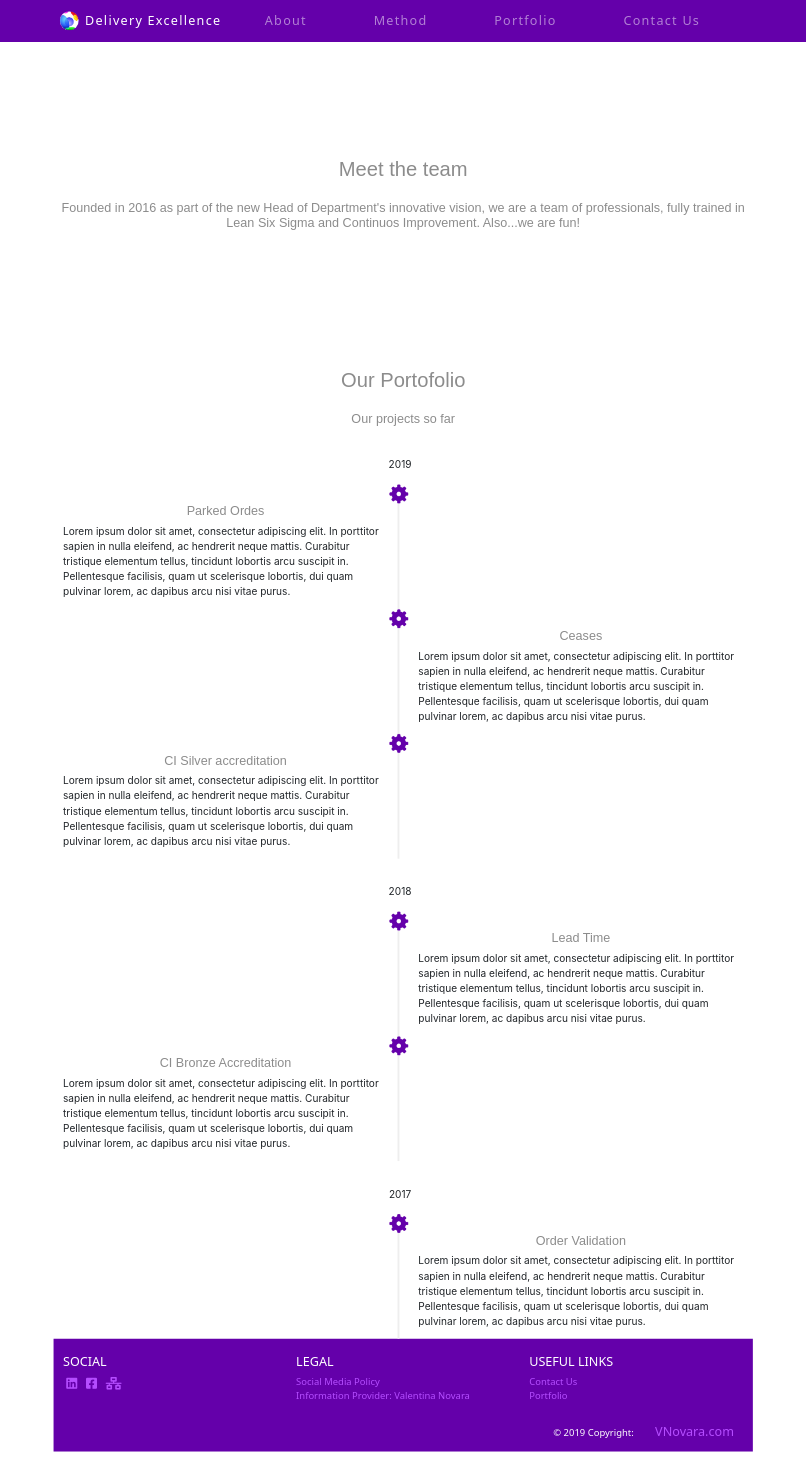
Repository: valenovi76/DeliveryExcellence
Page: portfolio.html
The author's editor kept a record of every edit. The page is drawn from the files as they stood at one moment, then again after the next edit.
The browser window is 1280 px wide. The pictures show the whole page, at 63% of full size.
Some web libraries are served in a nearby version.

Above is the page before.
Console error (its wording comes from the project's code and is left out).

After the next edit:
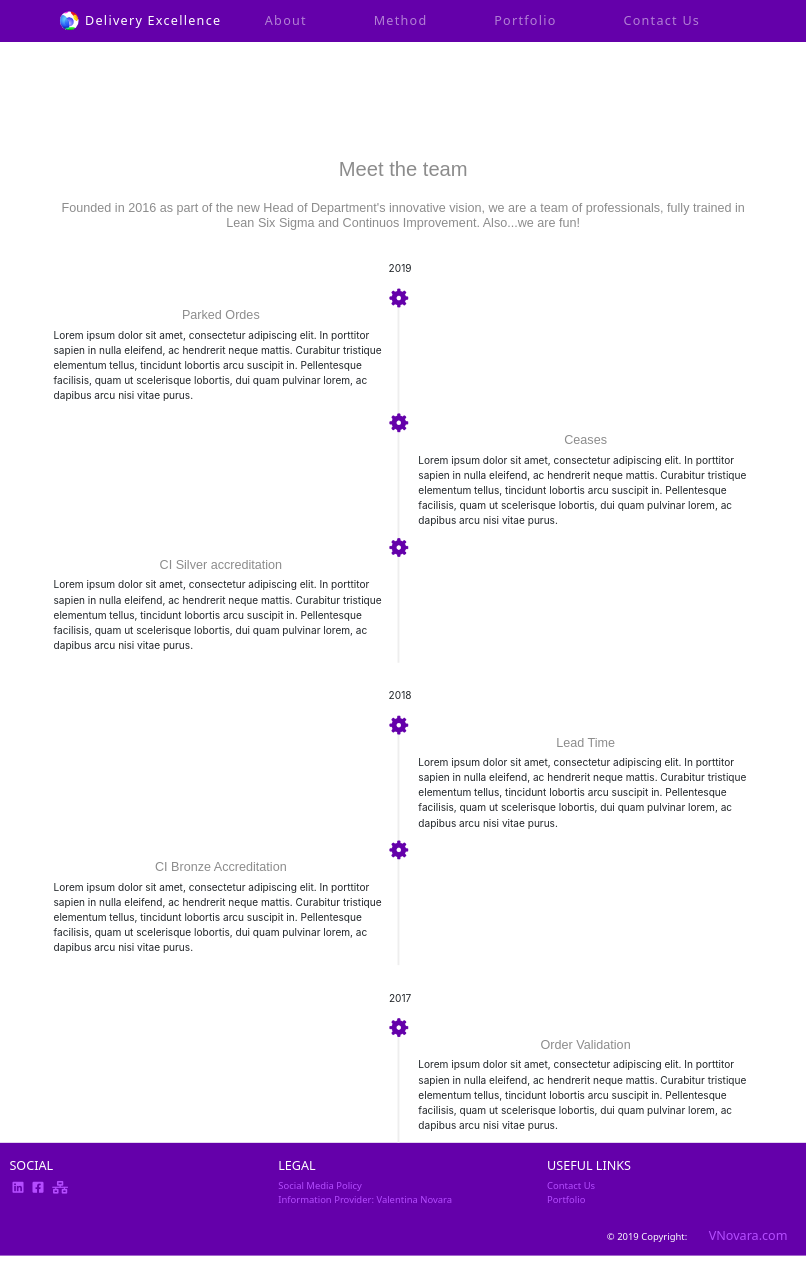
The edit:
--- a/portfolio.html
+++ b/portfolio.html
@@ -50,17 +50,6 @@
                 </div>
             </div>
 
-
-
-        <div class="container portfolio-bckgrnd">
-
-                <div class=row>
-                    <div class="col-sm-12">
-
-                <h2>Our Portofolio</h2>
-                <h4>Our projects so far </h4>
-                 </div>
-                 </div>
                 <div class="row year">
                 <div class="col year-2019"> 2019</div>
                 </div>
